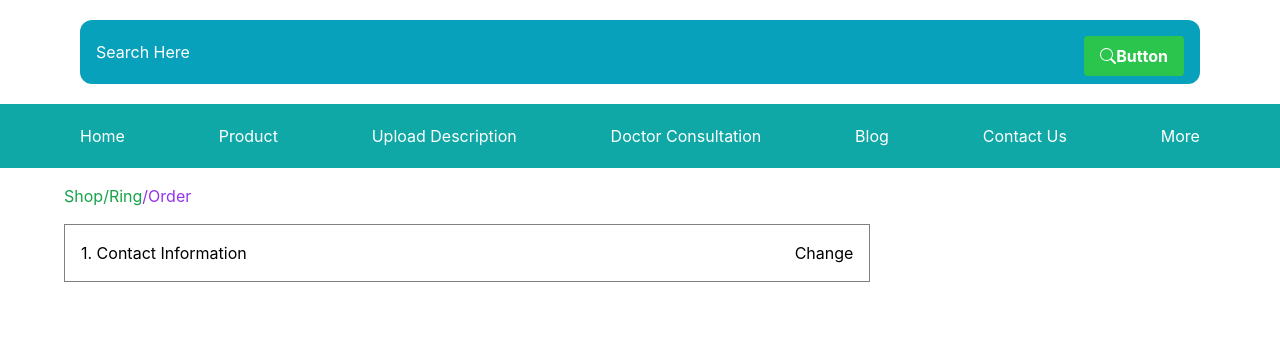
Repository: arafatmollah/form-pharma
Page: /
The author's editor kept a copy of each file at every save. The page is drawn from the files as they stood at one save, then again after the next save.
The browser window is 1280 px wide. The pictures show the whole page.
The project was rebuilt for these pictures with package versions that can differ from the ones it lists, and the page was loaded fresh each time.

Above is the page before, as saved 2023-03-14 23:42:14.

After the next save:
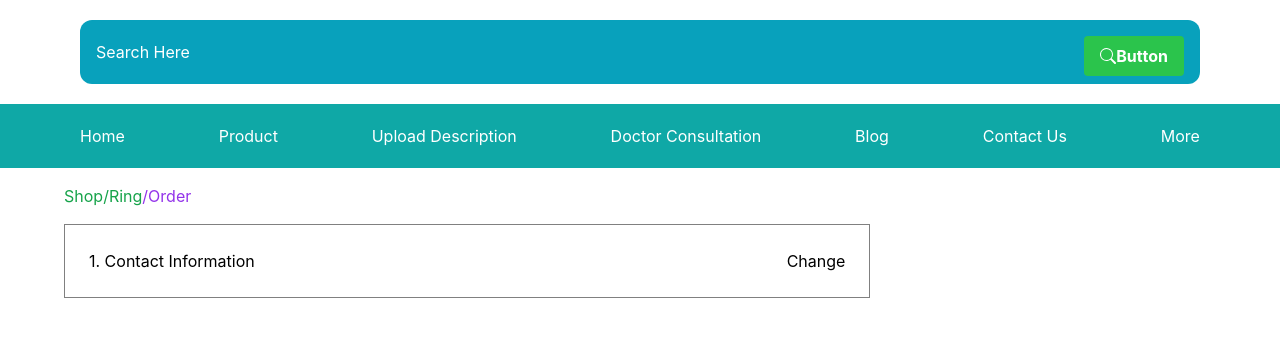
Saved 11 s later.
--- a/src/Form.js
+++ b/src/Form.js
@@ -9,7 +9,7 @@ function form() {
                 <p className='text-green-600'> /Ring</p>
                 <p className='text-purple-600'>/Order</p>
             </div>
-            <div className='info p-4 flex justify-between'>
+            <div className='info p-6 flex justify-between'>
               <p>1. Contact Information</p>
               <p>Change </p>
             </div>
